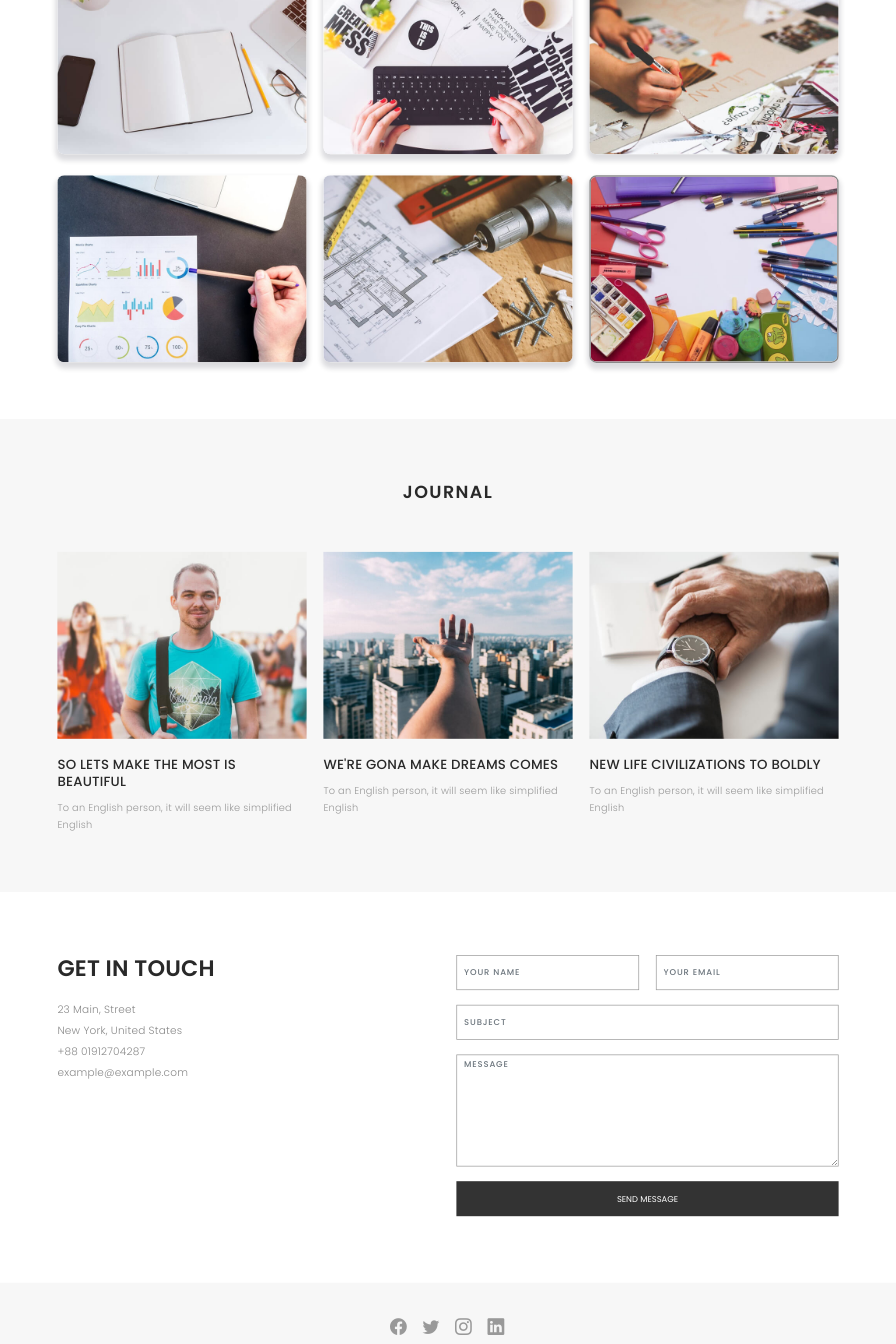
Repository: muhammedctgr/MrBayoA1
Page: index.html
An editor plug-in stored every save of this project. The page is shown before and after the next save, followed by the edit.
The browser window is 1280 px wide. The pictures show the part of the page from y = 1799 to 3719 px (the page is 3908 px tall before and 3907 px after), at 70% of full size.
Some web fonts or font styles are not loaded; a fallback is used.

Above is the page before, as saved 2022-10-18 11:54:04.

After the next save:
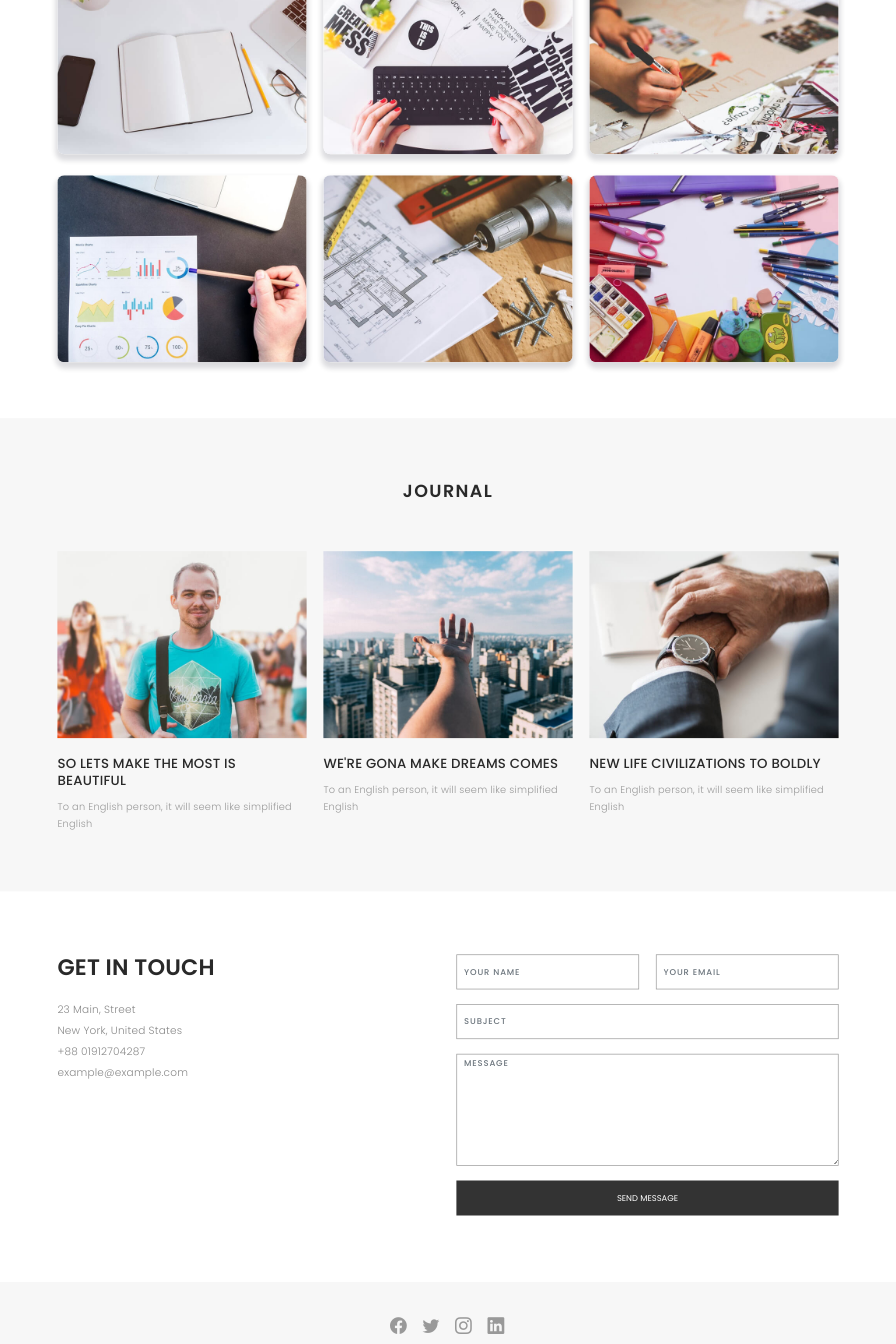
Saved 9 s later.
--- a/index.html
+++ b/index.html
@@ -178,7 +178,7 @@
           </div>
 
           <div class="col-lg-4 col-md-6 portfolio-item filter-app">
-            <img style="border-radius: 10px; border: 2px solid;  box-shadow: 0px 6px 8px 3px rgba(1, 5, 26, 0.14);" src="assets/img/portfolio/portfolio-6.jpg" class="img-fluid" alt="">
+            <img style="border-radius: 10px; box-shadow: 0px 6px 8px 3px rgba(1, 5, 26, 0.14);" src="assets/img/portfolio/portfolio-6.jpg" class="img-fluid" alt="">
             <div class="portfolio-info">
               <h4>Thruways Realty</h4>
               <p>thruwaysrealty.com</p>
